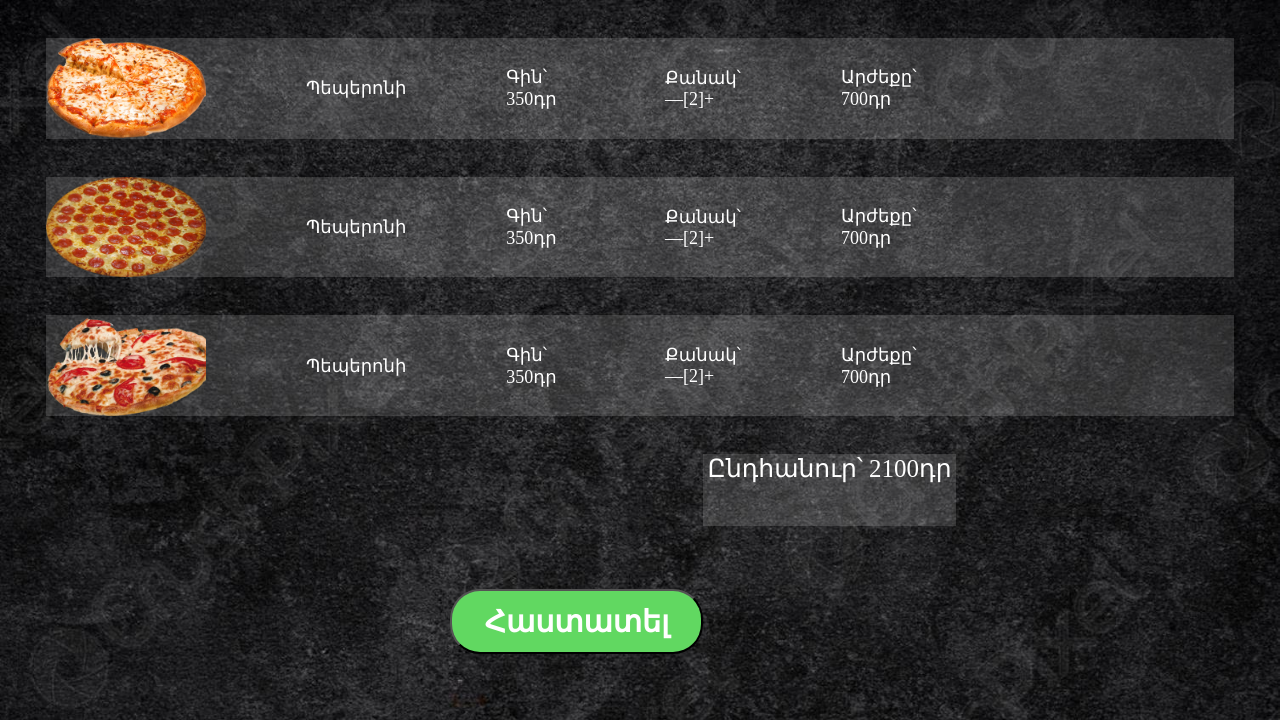
Repository: NarekTovmasyan/PizzaManue
Page: public/basket.html
The author's editor kept a copy of each file at every save. The page is drawn from the files as they stood at one save, then again after the next save.
The browser window is 1280 px wide. The pictures show the whole page.

Above is the page before, as saved 2022-01-20 15:20:47.

### public/basket.html
<!DOCTYPE html>
<html lang="en">
<head>
    <meta charset="UTF-8">
    <meta http-equiv="X-UA-Compatible" content="IE=edge">
    <meta name="viewport" content="width=device-width, initial-scale=1.0">
    <link rel="stylesheet" href="basket.css">
    <title>BASKET</title>

</head>
<body>
    <div class= "main">
        <div class ="prop">
            <div class="pizza1Img"></div>
            <div>Պեպերոնի</div>
            <div>Գին՝ 350դր</div>
            <div>Քանակ՝ —[2]+ </div>
            <div class = "value">Արժեքը՝ 700դր</div>
            <div></div>
         </div>
        <div class ="prop">
            <div class="pizza2Img"></div>
            <div>Պեպերոնի</div>
            <div>Գին՝ 350դր</div>
            <div>Քանակ՝ —[2]+ </div>
            <div class = "value">Արժեքը՝ 700դր</div>
            <div></div>
        </div>
        <div class ="prop">
            <div class="pizza3Img"></div>
            <div>Պեպերոնի</div>
            <div>Գին՝ 350դր</div>
            <div>Քանակ՝ —[2]+ </div>
            <div class = "value" >Արժեքը՝ 700դր</div>
            <div></div>
        </div>
        <div class ="sum">Ընդհանուր՝ 2100դր</div>
         <button class = "confirm">Հաստատել</button>
    </div>
</body>
</html>

### public/basket.css
body {
    background-image: url(./images/background.jpg);
    background-repeat: no-repeat;
    background-size: cover;
  }
 .main{
      width: 100%;
      height: 80vh;
}
.prop{
  background-color: rgba(255, 255, 255, 0.144) ;
  width: 94%;
  height: 14vh;
  margin-top: 3%;
  margin-left: 3%;
  display: grid;
  grid-template-columns: 1fr 1fr 1fr 1fr 1fr 1fr 1fr;
  column-gap: 100px;
  justify-content: center;
  align-items: center;
  color:white ;
  font-size: 18px;
}
 .prop >  div{

 }
.sum{
    background-color: rgba(255, 255, 255, 0.144) ;
    width: 20%;
    height: 10vh;
    margin-top: 3%;
    margin-left: 55%;
    font-size: 25px;
    font-weight: 500;
    text-align:center;
    color:white;
}

.confirm{
    background-color:rgb(97, 216, 97);
    height: 9vh;
    width: 20%;
    border-radius: 30px;
    text-align:center;
    font-size: 30px;
    font-weight: 700;
    margin-left:35%;
    margin-top: 5%;
    color:white;
    cursor: pointer;
}
.confirm:hover {
    background-color: rgb(216, 250, 216);
    color: black
  }
.pizza1Img{
    background-image: url(./images/pizza1.png);
    height:100px;
    width: 160px;
    background-size: cover;
}
.pizza2Img{
    background-image: url(./images/resize-16426253651557335988pizza2\ \(1\).png);
    height:100px;
    width: 160px;
    background-size: cover;
}
.pizza3Img{
    background-image: url(./images/pizza3.png);
    height:100px;
    width: 160px;
    background-size: cover;
}

After the next save:
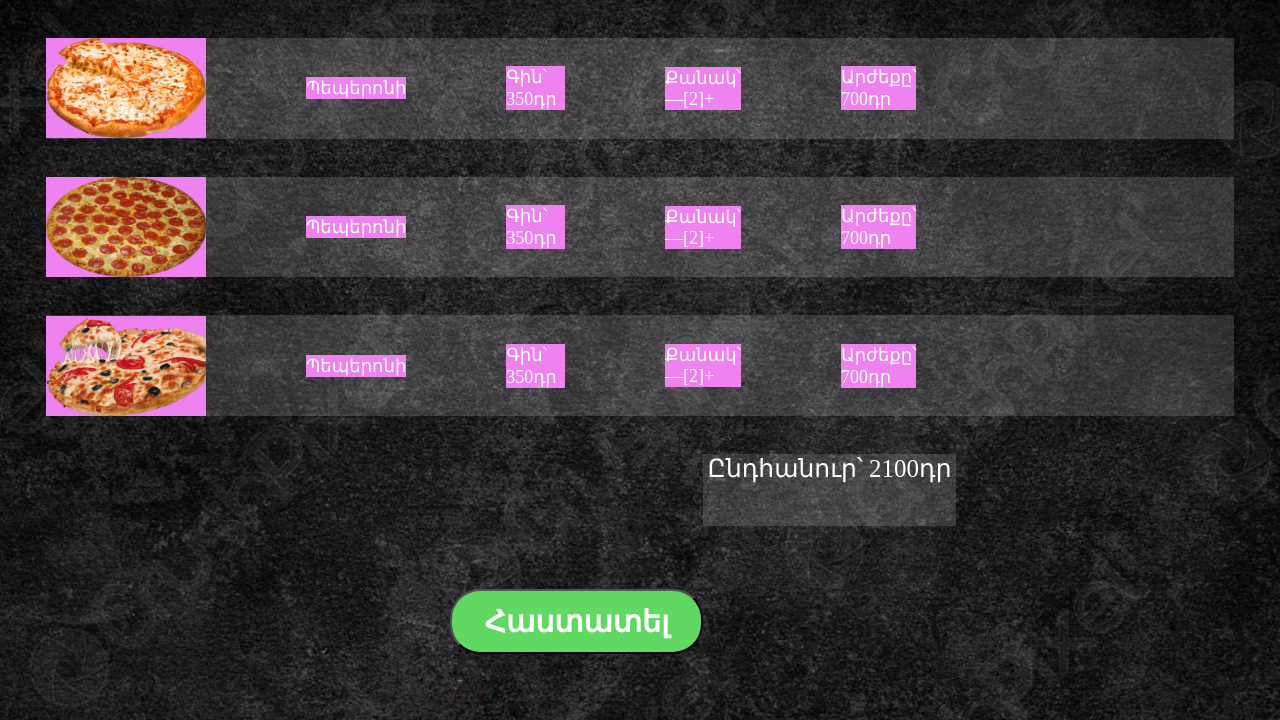
Saved 26 s later.
--- a/public/basket.css
+++ b/public/basket.css
@@ -22,7 +22,7 @@ body {
   font-size: 18px;
 }
  .prop >  div{
-
+    background-color: violet;
  }
 .sum{
     background-color: rgba(255, 255, 255, 0.144) ;
